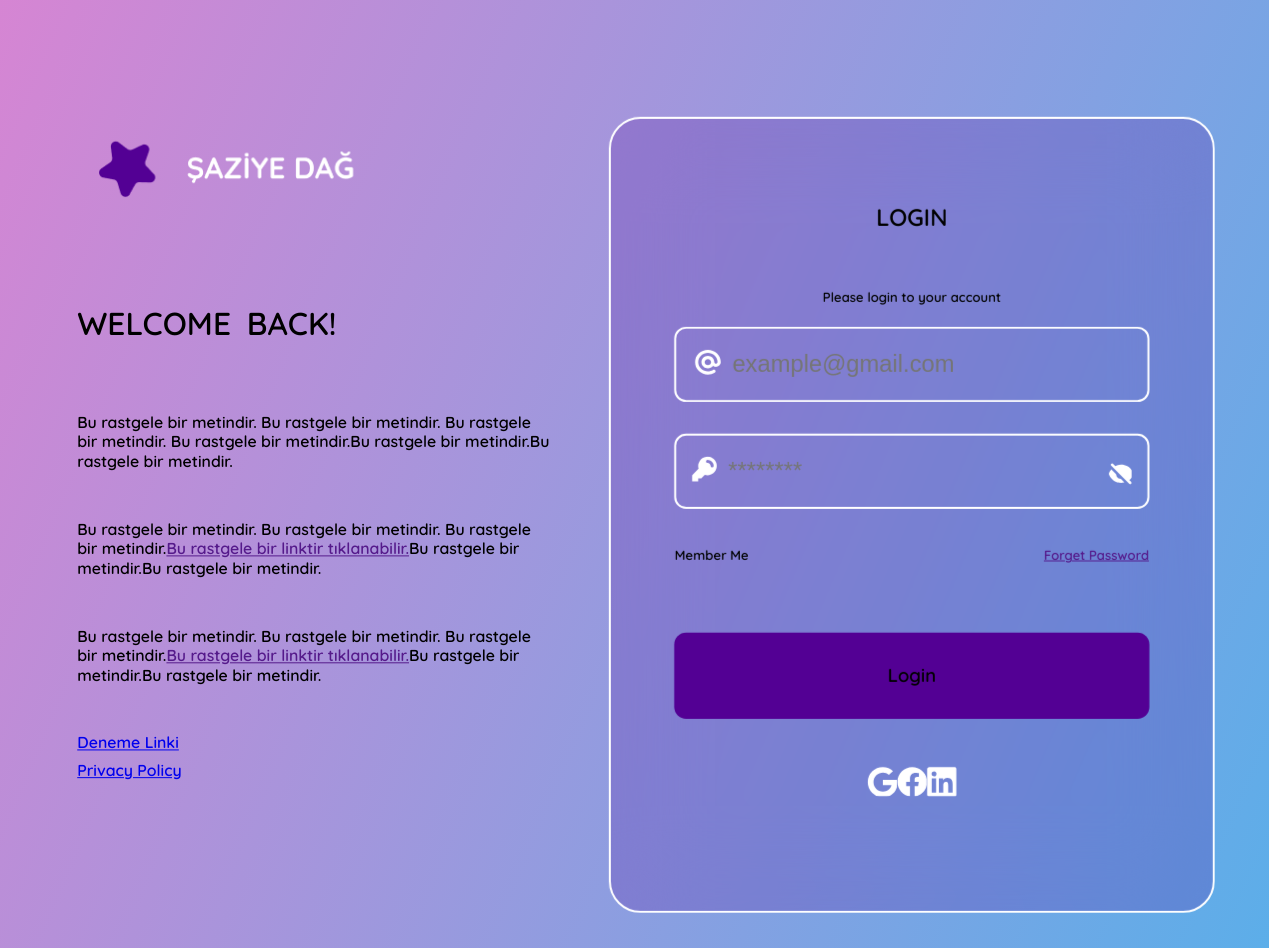
Repository: szydag/login
Page: /
An editor plug-in stored every save of this project. The page is shown before and after the next save, followed by the edit.
The browser window is 1280 px wide. The page is 1282 px wide, so the pictures cover 1282 px, including what lies to the right of the window. The pictures show the whole page, at 99% of full size.
The project was rebuilt for these pictures with package versions that can differ from the ones it lists, and the page was loaded fresh each time. Also part of the build but not shown: src/assets/svgr/unhiddenIcon/index.js.

Above is the page before, as saved 2023-11-01 23:50:04.

### src/index.js
import React from 'react';
import ReactDOM from 'react-dom/client';
import App from './app/index';
import {
    BrowserRouter
} from "react-router-dom";

const root = ReactDOM.createRoot(document.getElementById('root'));
root.render(
    <BrowserRouter>
        <App />
    </BrowserRouter>
);

### src/app/index.js
import LoginPage from "./pages/login";
import useStyles from "./style";

const App = () => {
    const classes = useStyles();
    return <div
        className={classes.main}
    >
        <LoginPage />
    </div>

};

export default App;

### src/app/pages/login/index.js
import React, { useEffect } from 'react'
import useStyles from './style';
import logo from './../../../assets/logo.png'
import MailIcon from './../../../assets/svgr/mailIcon/index.js'
import PasswordIcon from './../../../assets/svgr/passwordIcon/index.js'
import HiddenIcon from './../../../assets/svgr/hiddenIcon/index.js'
import UnhiddenIcon from './../../../assets/svgr/unhiddenIcon/index.js'
import GoogleIcon from './../../../assets/svgr/googleIcon/index.js'
import FacebookIcon from './../../../assets/svgr/facebookIcon/index.js'
import LinkedInIcon from './../../../assets/svgr/linkedInIcon/index.js'
const LoginPage = () => {

    const classes = useStyles();
    return <div
        className={classes.loginPage}
    >
        <div
            className={classes.promotionTexts}
        >
            <div
                className={classes.logo}
            >
                <img
                    src={logo}
                    alt=""
                />
            </div>
            <div
                className={classes.mainContent}
            >
                <div
                    className={classes.title}
                >
                    <h1>WELCOME</h1>
                    <h1>BACK!</h1>
                </div>
                <div
                    className={classes.contentText}
                >
                    <p>
                        Bu rastgele bir metindir. Bu rastgele bir metindir. Bu rastgele bir metindir. Bu rastgele bir metindir.Bu rastgele bir metindir.Bu rastgele bir metindir.
                    </p>
                    <p>
                        Bu rastgele bir metindir. Bu rastgele bir metindir. Bu rastgele bir metindir.
                        <a
                            href=""
                        >
                            Bu rastgele bir linktir tıklanabilir.
                        </a>
                        Bu rastgele bir metindir.Bu rastgele bir metindir.
                    </p>
                    <p>
                        Bu rastgele bir metindir. Bu rastgele bir metindir. Bu rastgele bir metindir.
                        <a
                            href=""
                        >
                            Bu rastgele bir linktir tıklanabilir.
                        </a>
                        Bu rastgele bir metindir.Bu rastgele bir metindir.
                    </p>
                </div>
                <div
                    className={classes.links}
                >
                    <a
                        href="

                    ">
                        Deneme Linki
                    </a>
                    <a
                        href="

                    ">
                        Privacy Policy
                    </a>
                </div>

            </div>
        </div>
        <div
            className={classes.loginAreaContainer}
        >
            <div
                className={classes.loginArea}
            >
                <div
                    className={classes.header}
                >
                    <h2>LOGIN</h2>
                    <h5>Please login to your account</h5>
                </div>
                <div
                    className={classes.container}
                >
                    <div
                        className={classes.loginMainContent}
                    >
                        <div
                            className={classes.inputArea}
                        >
                            <div
                                className={classes.mailInput}
                            >

                                <div
                                    className={classes.content}
                                >
                                    <MailIcon
                                        color='#ffffff'
                                        size={30}
                                    />
                                    <input
                                        className={classes.input}
                                        type="text"
                                        placeholder='example@gmail.com'
                                    />
                                </div>
                            </div>
                            <div
                                className={classes.passwordInput}
                            >
                                <div
                                    className={classes.content}
                                >
                                    <PasswordIcon
                                        color='#ffffff'
                                        size={30}
                                    />
                                    <input
                                        className={classes.input}
                                        type="password"
                                        placeholder='********'
                                    />
                                    <HiddenIcon
                                        color='#ffffff'
                                        size={30}
                                    />
                                </div>


                            </div>
                        </div>
                        <div
                            className={classes.passwordSettingsArea}
                        >
                            <div
                                className={classes.memberMeArea}
                            >
                                <h5>Member Me</h5>
                            </div>
                            <h5>
                                <a href="">
                                    Forget Password
                                </a>
                            </h5>
                        </div>
                    </div>
                    <div
                        className={classes.loginButton}
                    >
                        <h3>Login</h3>
                    </div>
                </div>
                <div
                    className={classes.accountSettings}
                >
                    <div
                        className={classes.accountSettingsTitle}
                    >

                    </div>
                    <div
                        className={classes.socialMediaIcons}
                    >
                        <GoogleIcon
                            color='#ffffff'
                            size={30}
                        />
                        <FacebookIcon
                            color='#ffffff'
                            size={30}
                        />
                        <LinkedInIcon
                            color='#ffffff'
                            size={30}
                        />
                    </div>
                    <div
                        className={classes.newAccountArea}
                    >

                    </div>
                </div>
            </div>
        </div>
    </div>
}

export default LoginPage;

### src/app/style.js
import { createUseStyles } from "react-jss";

const useStyles = createUseStyles({
    "@font-face": [
        {
            fontFamily: "Quicksand-Bold",
            src: 'url("/public/assets/fonts/Quicksand-Bold.ttf")',
            fontStyle: "normal"
        },
        {
            fontFamily: "Quicksand-Light",
            src: 'url("/public/assets/fonts/Quicksand-Light.ttf")',
            fontStyle: "normal"
        },
        {
            fontFamily: "Quicksand-Medium",
            src: 'url("/public/assets/fonts/Quicksand-Medium.ttf")',
            fontStyle: "normal"
        },
        {
            fontFamily: "Quicksand-Regular",
            src: 'url("/public/assets/fonts/Quicksand-Regular.ttf")',
            fontStyle: "normal"
        },
        {
            fontFamily: "Quicksand-SemiBold",
            src: 'url("/public/assets/fonts/Quicksand-SemiBold.ttf")',
            fontStyle: "normal"
        }
    ],
    main: {
        fontFamily: "Quicksand-SemiBold",
        width: '100%',
        height: '100%',
    },
})
export default useStyles;

### src/app/pages/login/style.js

import { createUseStyles } from "react-jss";

const useStyles = createUseStyles({
    "@font-face": [
        {
            fontFamily: "Quicksand-Bold",
            src: 'url("/public/assets/fonts/Quicksand-Bold.ttf")',
            fontStyle: "normal"
        },
        {
            fontFamily: "Quicksand-Light",
            src: 'url("/public/assets/fonts/Quicksand-Light.ttf")',
            fontStyle: "normal"
        },
        {
            fontFamily: "Quicksand-Medium",
            src: 'url("/public/assets/fonts/Quicksand-Medium.ttf")',
            fontStyle: "normal"
        },
        {
            fontFamily: "Quicksand-Regular",
            src: 'url("/public/assets/fonts/Quicksand-Regular.ttf")',
            fontStyle: "normal"
        },
        {
            fontFamily: "Quicksand-SemiBold",
            src: 'url("/public/assets/fonts/Quicksand-SemiBold.ttf")',
            fontStyle: "normal"
        }
    ],
    h1: {
        fontFamily: 'Quicksand-SemiBold',
    },
    loginPage: {
        margin: "-10px",
        height: '100vh',
        display: 'flex',
        padding: '120px 80px',
        alignItems: 'flex-start',
        gap: '80px',
        background: 'linear-gradient(113deg, #B9A675 0%, #D685D3 0%, #5CAEE9 100%)',
    },
    promotionTexts: {
        width: '50%',
        display: 'flex',
        flexDirection: 'column',
        alignItems: 'flex-start',
        gap: '64px',
    },
    logo: {
        display: 'flex',
        alignItems: 'center',
        gap: '8px',
    },
    mainContent: {
        display: 'flex',
        flexDirection: 'column',
        justifyContent: ' center',
        alignItems: 'flex-start',
        gap: '32px',
    },
    title: {
        display: 'flex',
        alignItems: 'flex-start',
        gap: '16px',
    },
    contentText: {
        display: 'flex',
        flexDirection: 'column',
        alignItems: 'flex - start',
        gap: '16px',
    },
    links: {
        display: 'flex',
        flexDirection: 'column',
        alignItems: 'flex-start',
        gap: '8px',
    },
    loginAreaContainer: {
        width: '50%',
        display: 'flex',
        flexDirection: 'column',
        justifyContent: 'center',
        alignItems: 'center',
    },
    loginArea: {
        display: 'flex',
        padding: '64px',
        flexDirection: 'column',
        justifyContent: 'center',
        alignItems: 'center',
        borderRadius: '32px',
        border: '2px solid #FFF',
        background: 'rgba(83, 0, 148, 0.20)',
        backdropFilter: 'blur(45px)',
    },
    header: {
        display: 'flex',
        flexDirection: 'column',
        alignItems: 'center',
        gap: '16px',
    },
    container: {
        display: 'flex',
        flexDirection: 'column',
        alignItems: 'flex-start',
        gap: '48px',
        alignSelf: 'stretch',
    },
    loginMainContent: {
        display: 'flex',
        flexDirection: 'column',
        justifyContent: 'center',
        alignItems: 'center',
        gap: '16px',
        alignSelf: 'stretch',
    },
    inputArea: {
        display: 'flex',
        flexDirection: 'column',
        alignItems: 'flex-start',
        gap: '32px',
        alignSelf: 'stretch',
    },
    mailInput: {
        display: 'flex',
        height: '40px',
        padding: '16px',
        flexDirection: 'column',
        justifyContent: 'center',
        alignItems: 'flex-start',
        borderRadius: '12px',
        border: '2px solid #FFF',
        alignSelf: 'stretch',
    },
    content: {
        width: '100%',
        height: '100%',
        display: 'flex',
        justifyContent: 'center',
        alignItems: 'center',
        gap: '6px',
    },
    input: {
        width: '90%',
        height: '100%',
        border: 'none',
        background: 'rgba(255, 255, 255, 0.00)',
        color: '#530094',
        fontSize: '24px'
    },
    passwordInput: {
        display: 'flex',
        height: '40px',
        padding: '16px',
        justifyContent: 'space-between',
        alignItems: 'center',
        alignSelf: 'stretch',
        borderRadius: '12px',
        border: '2px solid #FFF',
    },
    passwordSettingsArea: {
        display: 'flex',
        justifyContent: 'space-between',
        alignItems: 'flex-start',
        alignSelf: 'stretch',
    },
    memberMeArea: {
        display: 'flex',
        alignItems: 'center',
        gap: '16px',
    },
    loginButton: {
        display: 'flex',
        padding: '13px 215px',
        justifyContent: 'center',
        alignItems: 'center',
        gap: '10px',
        alignSelf: 'stretch',
        borderRadius: '12px',
        background: '#530094',
    },
    accountSettings: {
        display: 'flex',
        flexDirection: 'column',
        alignItems: 'center',
        gap: '48px',
    },
    accountSettingsTitle: {
        display: 'flex',
        justifyContent: 'center',
        alignItems: 'center',
        gap: '8px',
    },
    socialMediaIcons: {
        gap: '40px'
    },
    newAccountArea: {
        display: 'flex',
        justifyContent: 'center',
        alignItems: 'flex-start',
        gap: '16px',
    },
})
export default useStyles;

### src/assets/svgr/mailIcon/index.js
import * as React from "react"
const MailIcon = ({
    color = "#ffffff",
    size = 30,
    ...props
}) => {
    const pathScale = 30 / size;
    return <svg
        xmlns="http://www.w3.org/2000/svg"
        width={size}
        height={size}
        fill="none"
        {...props}
    >
        <path
            fill={color}
            transform={`scale(${1 / 1})`}
            d="M19.894 6.125c-3.807-3.661-9.98-3.661-13.788 0s-3.808 9.597 0 13.258c3.31 3.183 8.41 3.6 12.187 1.248.753-.47 1.759-.263 2.247.461.488.725.273 1.692-.48 2.161-5.038 3.138-11.837 2.586-16.252-1.66-5.077-4.881-5.077-12.796 0-17.678 5.076-4.881 13.308-4.881 18.384 0C24.73 6.355 26 9.558 26 12.755c0 2.588-2.183 4.687-4.875 4.687a4.982 4.982 0 0 1-2.925-.937c-1.186 1.517-3.074 2.5-5.2 2.5-3.59 0-6.5-2.799-6.5-6.25 0-3.453 2.91-6.25 6.5-6.25s6.5 2.797 6.5 6.25c0 .862.727 1.562 1.625 1.562s1.625-.7 1.625-1.563c0-2.402-.952-4.798-2.856-6.629Zm-3.644 6.63c0-1.727-1.455-3.126-3.25-3.126s-3.25 1.4-3.25 3.125c0 1.726 1.455 3.125 3.25 3.125s3.25-1.399 3.25-3.125Z"
        />
    </svg>
}
export default MailIcon

### src/assets/svgr/passwordIcon/index.js
import * as React from "react"
const PasswordIcon = ({
    color = "#ffffff",
    size = 30,
    ...props
}) => {
    const pathScale = 30 / size;
    return <svg
        xmlns="http://www.w3.org/2000/svg"
        width={size}
        height={size}
        fill="none"
        {...props}
    >
        <path
            fill={color}
            transform={`scale(${1 / 1})`}
            d="M25 9.63a9.375 9.375 0 0 1-12.098 8.972L9.375 22.13H6.25v3.125H0v-6.25l6.652-6.652A9.375 9.375 0 1 1 25 9.63Zm-9.375-6.25a1.563 1.563 0 0 0 0 3.124c1.726 0 3.125 1.4 3.125 3.125a1.563 1.563 0 0 0 3.125 0 6.25 6.25 0 0 0-6.25-6.25Z"
        />
    </svg>
}
export default PasswordIcon

### src/assets/svgr/hiddenIcon/index.js
import * as React from "react"
const HiddenIcon = ({
    color = "#ffffff",
    size = 30,
    ...props
}) => {
    const pathScale = 30 / size;
    return <svg
        xmlns="http://www.w3.org/2000/svg"
        width={size}
        height={size}
        fill="none"
        {...props}
    >
        <path
            fill={color}
            transform={`scale(${1 / 1})`}
            d="M9.256 7.404a1.31 1.31 0 1 0-1.852 1.853l18.34 18.34a1.31 1.31 0 1 0 1.852-1.854l-1.93-1.93A13.119 13.119 0 0 0 30 17.5c-1.67-5.315-6.634-9.17-12.5-9.17-2.127 0-4.135.507-5.911 1.407L9.256 7.404Zm5.582 5.582 1.983 1.983a2.62 2.62 0 0 1 3.21 3.21l1.983 1.983a5.24 5.24 0 0 0-7.176-7.176Z"
        />
        <path
            fill="#fff"
            d="m20.715 26.273-3.543-3.543a5.24 5.24 0 0 1-4.902-4.902L7.46 13.017A13.074 13.074 0 0 0 5 17.5c1.67 5.315 6.634 9.17 12.5 9.17 1.11 0 2.186-.138 3.215-.398Z"
        />
    </svg>
}
export default HiddenIcon

### src/assets/svgr/googleIcon/index.js
import * as React from "react"
const GoogleIcon = ({
    color = "#ffffff",
    size = 30,
    ...props
}) => {
    const pathScale = 30 / size;
    return <svg
        xmlns="http://www.w3.org/2000/svg"
        width={size}
        height={size}
        fill="none"
        {...props}
    >
        <path
            fill={color}
            transform={`scale(${1 / 1})`}
            d="M30.5 16.357c0 8.698-5.957 14.889-14.754 14.889A15.228 15.228 0 0 1 .5 16 15.228 15.228 0 0 1 15.746.754c4.106 0 7.561 1.506 10.223 3.99l-4.15 3.99C16.392 3.496 6.298 7.43 6.298 16c0 5.318 4.248 9.627 9.449 9.627 6.037 0 8.3-4.328 8.656-6.572h-8.656v-5.243H30.26c.142.78.24 1.53.24 2.545Z"
        />
    </svg>
}
export default GoogleIcon

### src/assets/svgr/facebookIcon/index.js
import * as React from "react"
const FacebookIcon = ({
    color = "#ffffff",
    size = 30,
    ...props
}) => {
    const pathScale = 30 / size;
    return <svg
        xmlns="http://www.w3.org/2000/svg"
        width={size}
        height={size}
        fill="none"
        {...props}
    >
        <path
            fill={color}
            transform={`scale(${1 / 1})`}
            d="M30.5 15.754c0-8.286-6.714-15-15-15s-15 6.714-15 15c0 7.487 5.485 13.692 12.656 14.819V20.09h-3.81v-4.336h3.81V12.45c0-3.759 2.238-5.835 5.666-5.835 1.641 0 3.358.293 3.358.293v3.689h-1.892c-1.863 0-2.444 1.156-2.444 2.343v2.815h4.16l-.666 4.336h-3.494v10.483C25.014 29.446 30.5 23.24 30.5 15.754Z"
        />
    </svg>
}
export default FacebookIcon

### src/assets/svgr/linkedInIcon/index.js
import * as React from "react"
const LinkedInIcon = ({
    color = "#ffffff",
    size = 30,
    ...props
}) => {
    const pathScale = 30 / size;
    return <svg
        xmlns="http://www.w3.org/2000/svg"
        width={size}
        height={size}
        fill="none"
        {...props}
    >
        <path
            fill={color}
            transform={`scale(${1 / 1})`}
            d="M28.357.754H2.637C1.456.754.5 1.725.5 2.917v25.674c0 1.192.958 2.163 2.136 2.163h25.721c1.179 0 2.143-.97 2.143-2.163V2.917c0-1.192-.964-2.163-2.143-2.163ZM9.567 26.468H5.121V12.151h4.453v14.317h-.007ZM7.344 10.196a2.58 2.58 0 0 1 0-5.156 2.584 2.584 0 0 1 2.578 2.578 2.575 2.575 0 0 1-2.578 2.578Zm18.89 16.272h-4.446v-6.964c0-1.66-.034-3.797-2.31-3.797-2.317 0-2.672 1.808-2.672 3.677v7.084h-4.447V12.151h4.266v1.956h.06c.596-1.125 2.05-2.31 4.212-2.31 4.5 0 5.337 2.966 5.337 6.823v7.848Z"
        />
    </svg>
}
export default LinkedInIcon

Loaded but not shown: public/index.html (common file)

After the next save:
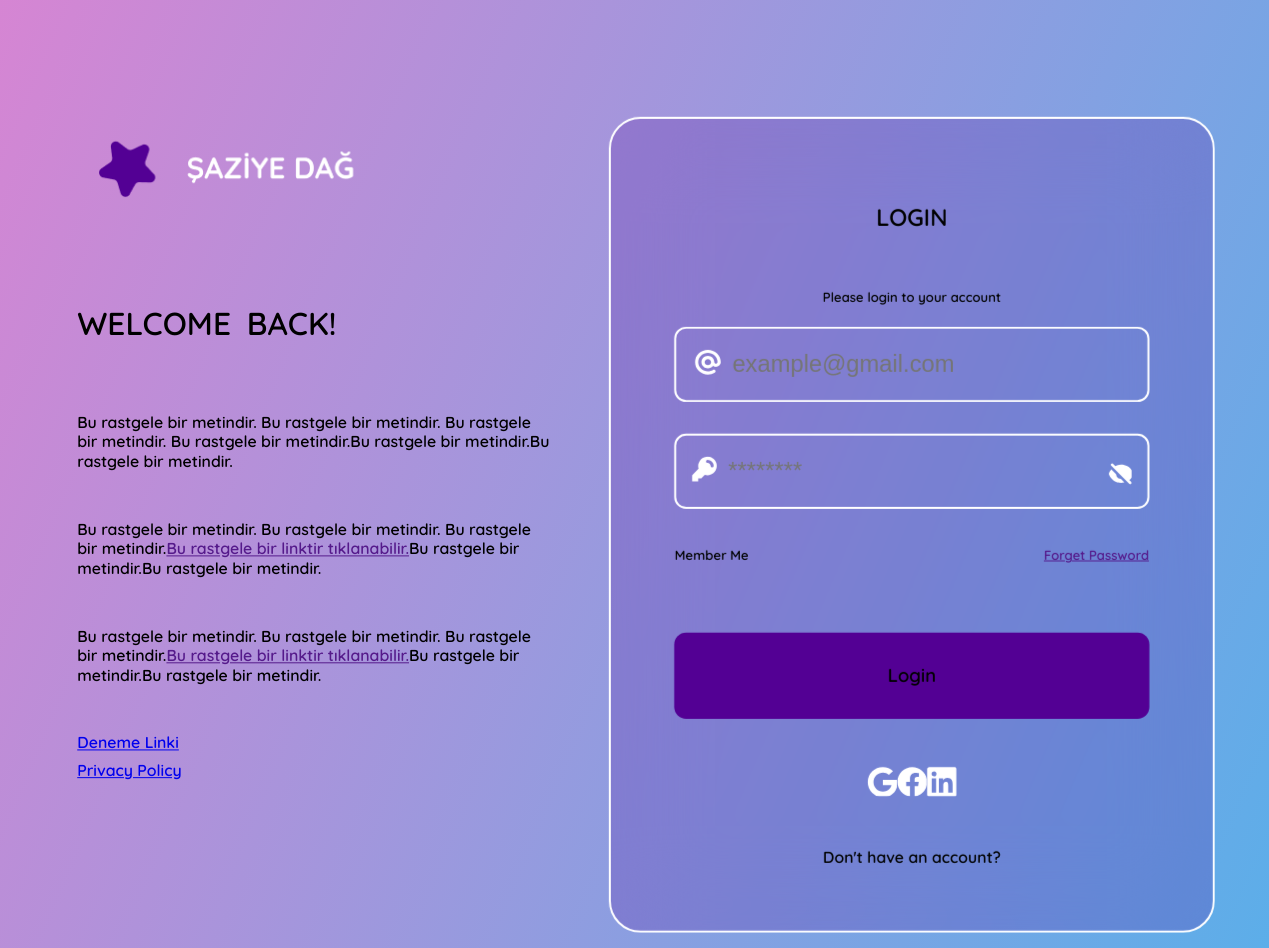
Saved 100 s later.
--- a/src/app/pages/login/index.js
+++ b/src/app/pages/login/index.js
@@ -189,7 +189,9 @@ const LoginPage = () => {
                     <div
                         className={classes.newAccountArea}
                     >
-
+                        <span>
+                            Don't have an account?
+                        </span>
                     </div>
                 </div>
             </div>
